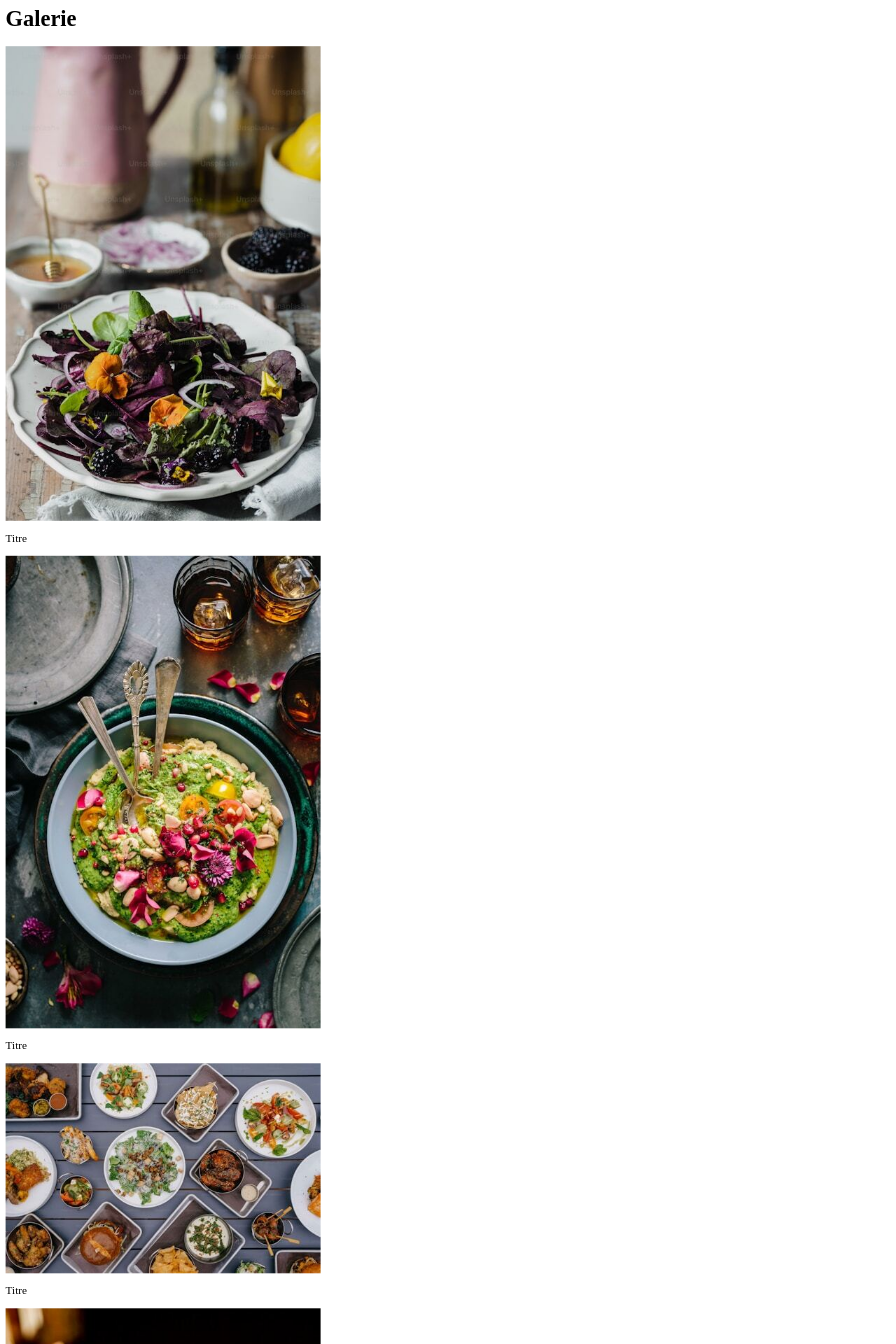
Repository: lemonhao9/QuaiAntiqueRestaurantFront
Page: pages/galerie.html
These files come from the project's save history. The page is drawn as it stood at one moment and after the next save; the edit follows.
The browser window is 1280 px wide. The pictures show the part of the page from y = 0 to 1920 px (the page is 3669 px tall before and 3291 px after), at 70% of full size.

Above is the page before, as saved 2025-01-23 15:18:09.

After the next save:
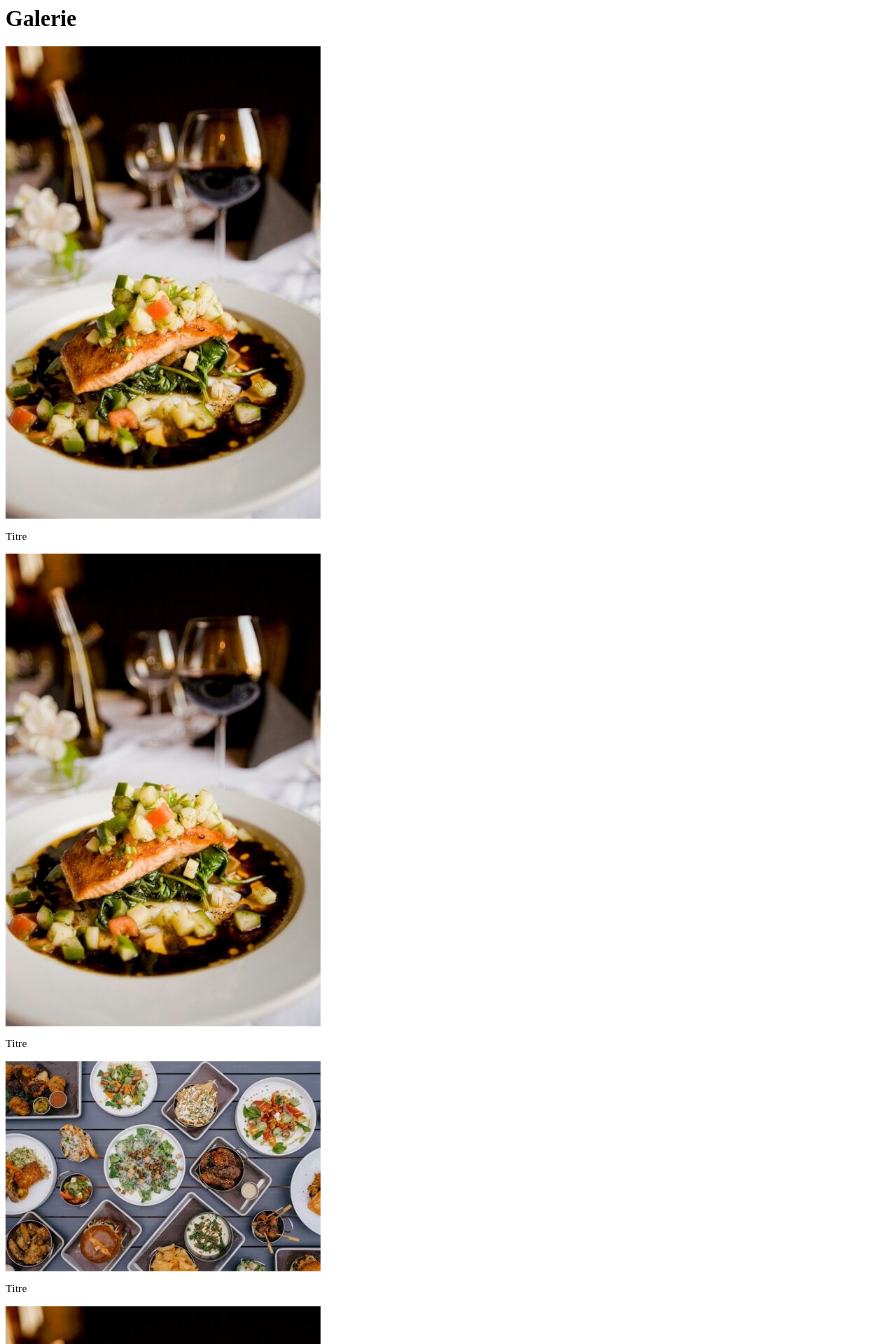
Saved 111 s later.
--- a/pages/galerie.html
+++ b/pages/galerie.html
@@ -8,13 +8,13 @@
     <div class="row row-cols-2 row-cols-lg-3">
         <div class="col p-3">
             <div class="image-card text-white">
-                <img src="../images/platGalerie1.jpg" alt="platGalerie1" class="rounded w-100">
+                <img src="../images/platGalerie4.jpg" alt="platGalerie1" class="rounded w-100">
                 <p class="titre-image">Titre</p>
             </div>
         </div>
         <div class="col p-3">
             <div class="image-card text-white">
-                <img src="../images/platGalerie2.jpg" alt="platGalerie1" class="rounded w-100">
+                <img src="../images/platGalerie4.jpg" alt="platGalerie1" class="rounded w-100">
                 <p class="titre-image">Titre</p>
             </div>
         </div>
@@ -32,13 +32,13 @@
         </div>
         <div class="col p-3">
             <div class="image-card text-white">
-                <img src="../images/platGalerie5.jpg" alt="platGalerie1" class="rounded w-100">
+                <img src="../images/platGalerie3.jpg" alt="platGalerie1" class="rounded w-100">
                 <p class="titre-image">Titre</p>
             </div>
         </div>
         <div class="col p-3">
             <div class="image-card text-white">
-                <img src="../images/produitsfraits.jpg" alt="platGalerie1" class="rounded w-100">
+                <img src="../images/platGalerie3.jpg" alt="platGalerie1" class="rounded w-100">
                 <p class="titre-image">Titre</p>
             </div>
         </div>
